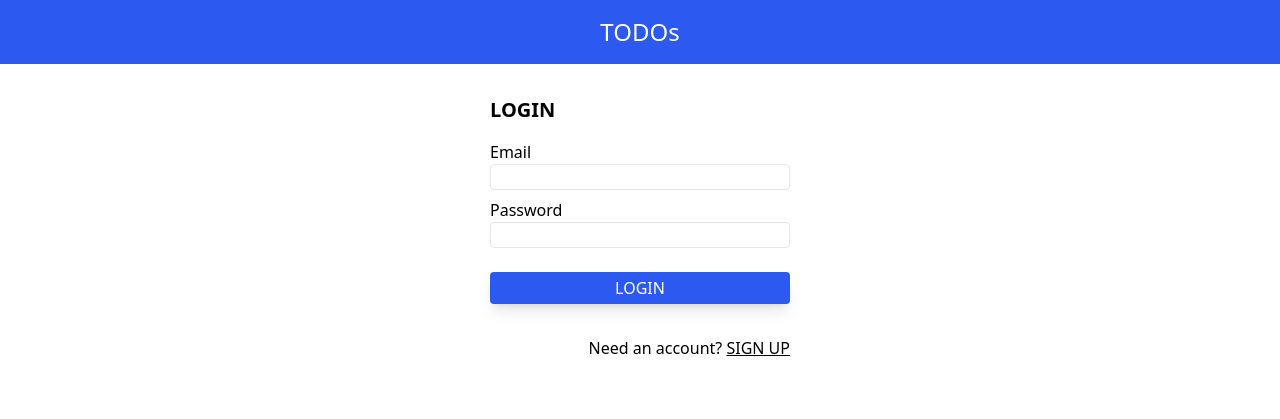
Repository: Jay-JYKim91/wanted-pre-onboarding-challenge-fe-1
Page: /auth
An editor plug-in stored every save of this project. The page is shown before and after the next save, followed by the edit.
The browser window is 1280 px wide. The pictures show the whole page.
The project was rebuilt for these pictures with package versions that can differ from the ones it lists, and the page was loaded fresh each time.

Above is the page before, as saved 2022-07-29 20:15:23.

After the next save:
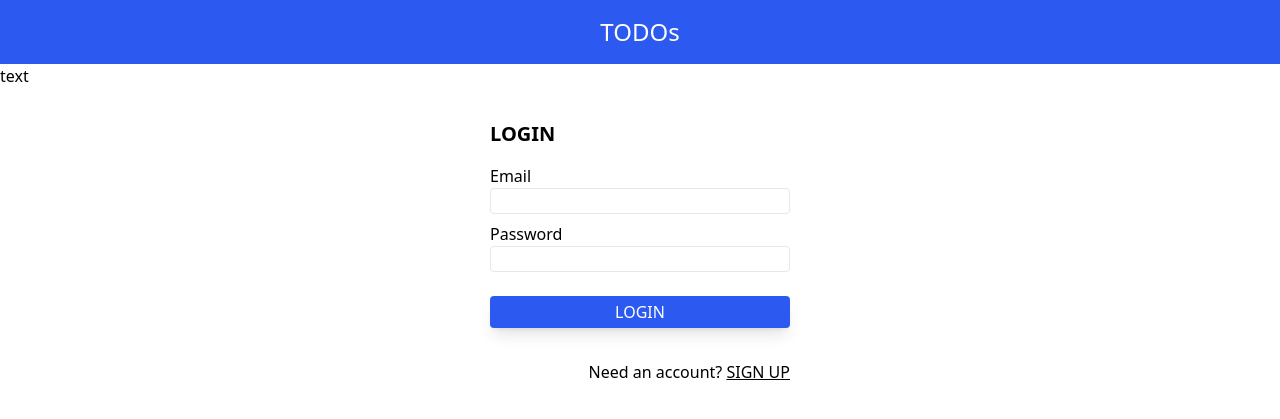
Saved 4 min 56 s later.
--- a/src/page/Auth.tsx
+++ b/src/page/Auth.tsx
@@ -5,8 +5,18 @@ type logInOrSignUp = "logIn" | "signUp"
 function Auth() {
   const [logInOrSignUp, setLogInOrSignUp] = useState<logInOrSignUp>("logIn")
 
+  function test() {
+    fetch("https://localhost:8080/users/create", {
+      email: "email@gmail.com",
+      password: "woienfs",
+    })
+      .then((response) => response.json())
+      .then((res) => console.log(res))
+  }
+
   return (
     <div>
+      <button onClick={test}>text</button>
       <div className="max-w-[300px] m-auto my-8">
         <h1 className="font-bold text-xl uppercase">{logInOrSignUp}</h1>
         <form className="my-4">
